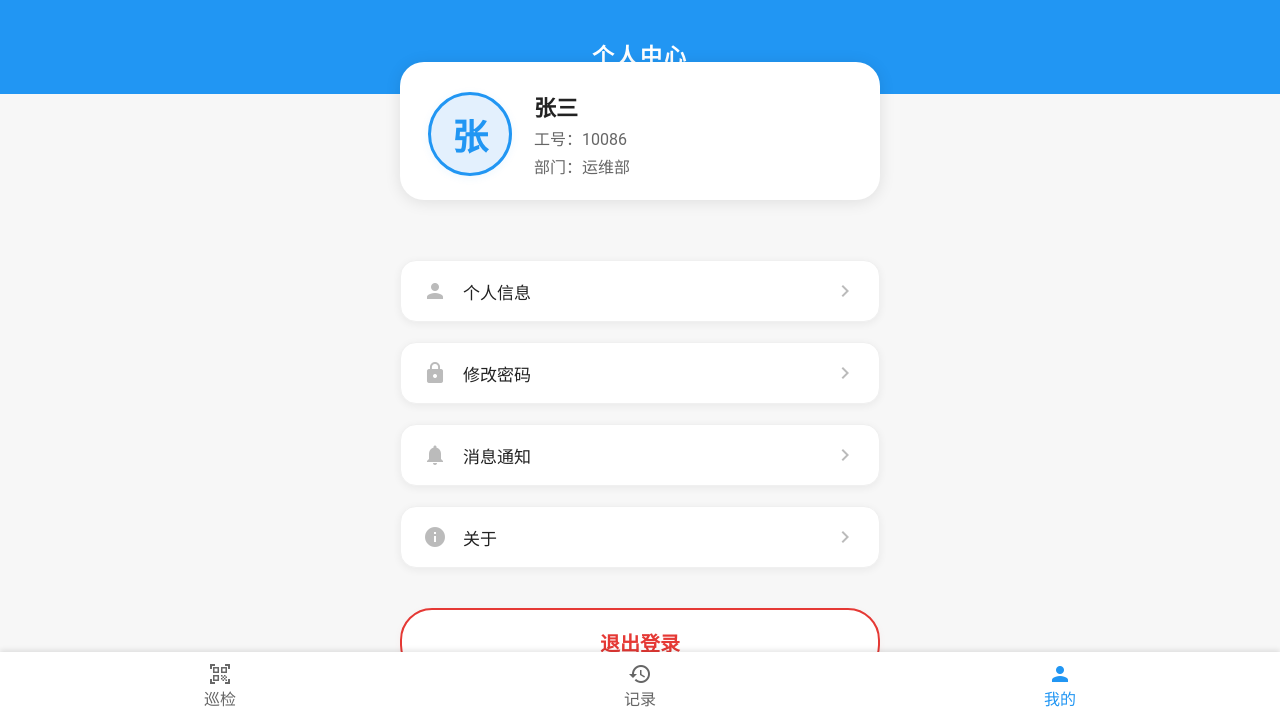
Repository: andyzheung/check-app
Page: UI原型/profile.html
An editor plug-in stored every save of this project. The page is shown before and after the next save, followed by the edit.
The browser window is 1280 px wide. The pictures show the whole page.

Above is the page before, as saved 2025-05-11 17:20:41.

### UI原型/profile.html
<!DOCTYPE html>
<html lang="zh-CN">
<head>
    <meta charset="UTF-8">
    <meta name="viewport" content="width=device-width, initial-scale=1.0">
    <title>个人中心 - 巡检管理系统</title>
    <link href="https://fonts.googleapis.com/icon?family=Material+Icons" rel="stylesheet">
    <link href="css/common.css" rel="stylesheet">
    <link href="css/profile.css" rel="stylesheet">
</head>
<body>
    <div class="profile-container">
        <div class="profile-topbar">个人中心</div>
        <div class="profile-card">
            <div class="profile-avatar">张</div>
            <div class="profile-info-block">
                <div class="profile-name">张三</div>
                <div class="profile-meta">工号：10086</div>
                <div class="profile-meta">部门：运维部</div>
            </div>
        </div>
        <div class="menu-list">
            <div class="menu-item">
                <span class="menu-icon" style="color:#4b3fae;"><span class="material-icons">person</span></span>
                <span class="menu-label">个人信息</span>
                <span class="material-icons">chevron_right</span>
            </div>
            <div class="menu-item">
                <span class="menu-icon" style="color:#ffb300;"><span class="material-icons">lock</span></span>
                <span class="menu-label">修改密码</span>
                <span class="material-icons">chevron_right</span>
            </div>
            <div class="menu-item">
                <span class="menu-icon" style="color:#ffb300;"><span class="material-icons">notifications</span></span>
                <span class="menu-label">消息通知</span>
                <span class="material-icons">chevron_right</span>
            </div>
            <div class="menu-item">
                <span class="menu-icon" style="color:#039be5;"><span class="material-icons">info</span></span>
                <span class="menu-label">关于</span>
                <span class="material-icons">chevron_right</span>
            </div>
        </div>
        <div class="logout-button highlight" onclick="window.location.href='login.html'">
            退出登录
        </div>
        <div style="height:32px;"></div>
        <!-- 底部导航 -->
        <div class="bottom-nav">
            <a href="scan.html" class="nav-item">
                <span class="material-icons">qr_code_scanner</span>
                <span>巡检</span>
            </a>
            <a href="records.html" class="nav-item">
                <span class="material-icons">history</span>
                <span>记录</span>
            </a>
            <a href="profile.html" class="nav-item active">
                <span class="material-icons">person</span>
                <span>我的</span>
            </a>
        </div>
    </div>
</body>
</html>

### UI原型/css/common.css
/* 公共样式 */
:root {
    --primary-color: #2196F3;
    --success-color: #4CAF50;
    --error-color: #F44336;
    --background-color: #F5F5F5;
    --text-color: #333333;
    --card-background: #FFFFFF;
}

* {
    margin: 0;
    padding: 0;
    box-sizing: border-box;
    font-family: 'Roboto', sans-serif;
}

body {
    background-color: var(--background-color);
    color: var(--text-color);
}

/* 底部导航样式 */
.bottom-nav {
    display: flex;
    justify-content: space-around;
    padding: 10px;
    background-color: white;
    box-shadow: 0 -2px 5px rgba(0,0,0,0.1);
    position: fixed;
    bottom: 0;
    left: 0;
    right: 0;
}

.nav-item {
    display: flex;
    flex-direction: column;
    align-items: center;
    color: #666;
    text-decoration: none;
}

.nav-item.active {
    color: var(--primary-color);
}

/* 返回按钮样式 */
.back-button {
    color: inherit;
    text-decoration: none;
    display: flex;
    align-items: center;
}

/* 卡片样式 */
.card {
    background-color: var(--card-background);
    border-radius: 8px;
    padding: 15px;
    margin-bottom: 15px;
    box-shadow: 0 2px 4px rgba(0,0,0,0.1);
}

/* 按钮样式 */
.button {
    padding: 12px 20px;
    border: none;
    border-radius: 4px;
    font-size: 16px;
    cursor: pointer;
    background-color: var(--primary-color);
    color: white;
    width: 100%;
}

/* 输入框样式 */
.input-field {
    width: 100%;
    padding: 12px;
    border: 1px solid #ddd;
    border-radius: 4px;
    font-size: 16px;
    margin-bottom: 15px;
}

/* 状态标签样式 */
.status-normal {
    background-color: var(--success-color);
    color: white;
    padding: 4px 8px;
    border-radius: 4px;
    font-size: 14px;
}

.status-abnormal {
    background-color: var(--error-color);
    color: white;
    padding: 4px 8px;
    border-radius: 4px;
    font-size: 14px;
}

### UI原型/css/profile.css
/* 个人中心页面样式 */
.profile-container {
    min-height: 100vh;
    background: #f7f7f7;
    display: flex;
    flex-direction: column;
    align-items: center;
}

.profile-topbar {
    width: 100vw;
    background: var(--primary-color, #2196F3);
    color: #fff;
    font-size: 22px;
    font-weight: 700;
    text-align: center;
    padding: 38px 0 24px 0;
    letter-spacing: 2px;
    box-sizing: border-box;
    position: relative;
    z-index: 1;
}

.profile-card {
    width: 95vw;
    max-width: 480px;
    background: #fff;
    border-radius: 24px;
    box-shadow: 0 2px 16px rgba(0,0,0,0.10);
    margin: 0 auto 28px auto;
    display: flex;
    align-items: center;
    padding: 28px 28px 22px 28px;
    gap: 22px;
    position: relative;
    z-index: 2;
    top: -32px;
}

.profile-avatar {
    width: 84px;
    height: 84px;
    background: #e3f0fd;
    border: 3px solid #2196F3;
    border-radius: 50%;
    color: #2196F3;
    font-size: 36px;
    font-weight: 700;
    display: flex;
    align-items: center;
    justify-content: center;
    box-shadow: 0 2px 8px rgba(33,150,243,0.08);
}

.profile-info-block {
    display: flex;
    flex-direction: column;
    justify-content: center;
    gap: 2px;
}

.profile-name {
    font-size: 22px;
    font-weight: 700;
    color: #222;
}

.profile-meta {
    font-size: 16px;
    color: #666;
    margin-top: 2px;
}

.menu-list {
    width: 95vw;
    max-width: 480px;
    margin: 0 auto 0 auto;
    display: flex;
    flex-direction: column;
    gap: 20px;
}

.menu-item {
    background: #fff;
    border-radius: 16px;
    box-shadow: 0 2px 8px rgba(0,0,0,0.06);
    display: flex;
    align-items: center;
    padding: 0 22px 0 22px;
    height: 62px;
    font-size: 17px;
    font-weight: 500;
    color: #222;
    cursor: pointer;
    transition: box-shadow 0.2s;
    border: 1.5px solid #f0f0f0;
}

.menu-item:hover {
    box-shadow: 0 4px 16px rgba(33,150,243,0.10);
}

.menu-icon {
    margin-right: 16px;
    display: flex;
    align-items: center;
    font-size: 24px;
}

.menu-label {
    flex: 1;
    font-size: 17px;
    color: #222;
}

.menu-item .material-icons {
    font-size: 24px;
    color: #bbb;
}

.logout-button {
    width: 95vw;
    max-width: 480px;
    margin: 40px auto 0 auto;
    padding: 18px 0;
    background: #fff;
    color: #e53935;
    border: 2.5px solid #e53935;
    border-radius: 32px;
    font-size: 20px;
    font-weight: 700;
    text-align: center;
    cursor: pointer;
    transition: background 0.2s, color 0.2s;
    box-shadow: 0 2px 8px rgba(229,57,53,0.04);
}

.logout-button:hover {
    background: #e53935;
    color: #fff;
}

/* 底部导航栏复用common.css样式 */

After the next save:
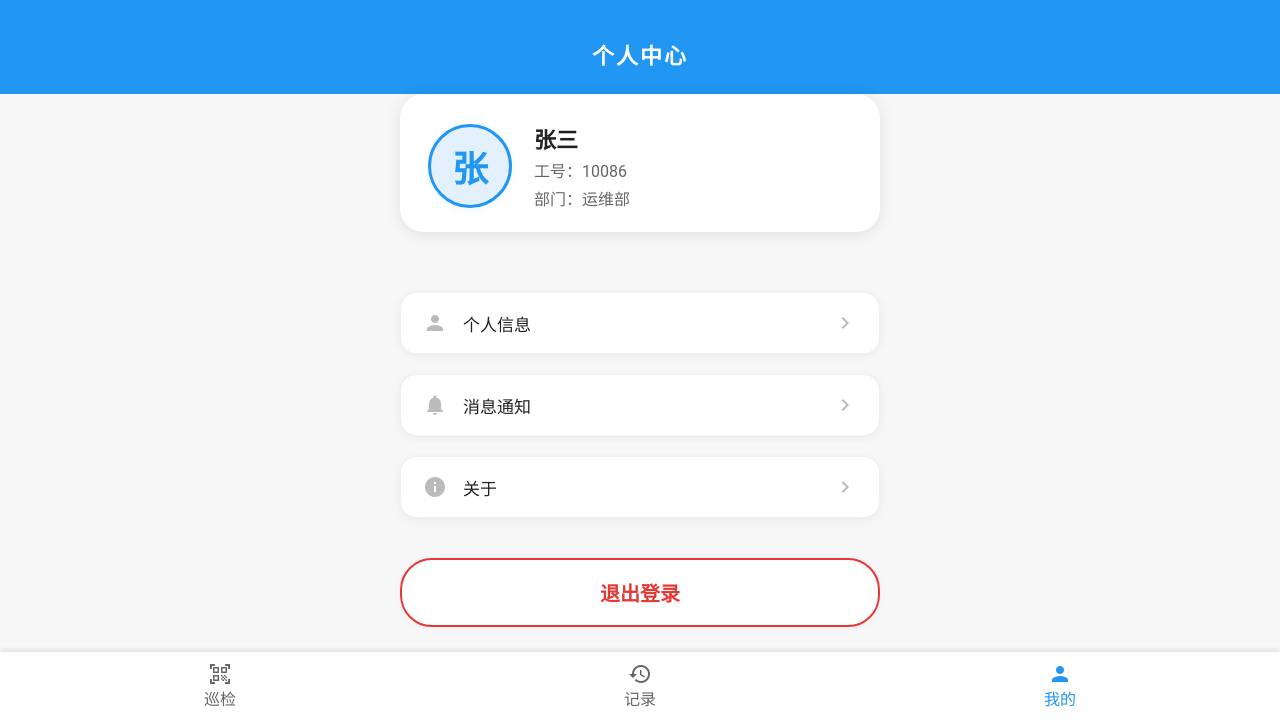
Saved 2 min 1 s later.
--- a/UI原型/profile.html
+++ b/UI原型/profile.html
@@ -11,6 +11,7 @@
 <body>
     <div class="profile-container">
         <div class="profile-topbar">个人中心</div>
+        <div style="height: 32px;"></div> <!-- 顶部留白，彻底避免重叠 -->
         <div class="profile-card">
             <div class="profile-avatar">张</div>
             <div class="profile-info-block">
@@ -21,22 +22,17 @@
         </div>
         <div class="menu-list">
             <div class="menu-item">
-                <span class="menu-icon" style="color:#4b3fae;"><span class="material-icons">person</span></span>
+                <span class="menu-icon"><span class="material-icons">person</span></span>
                 <span class="menu-label">个人信息</span>
                 <span class="material-icons">chevron_right</span>
             </div>
             <div class="menu-item">
-                <span class="menu-icon" style="color:#ffb300;"><span class="material-icons">lock</span></span>
-                <span class="menu-label">修改密码</span>
-                <span class="material-icons">chevron_right</span>
-            </div>
-            <div class="menu-item">
-                <span class="menu-icon" style="color:#ffb300;"><span class="material-icons">notifications</span></span>
+                <span class="menu-icon"><span class="material-icons">notifications</span></span>
                 <span class="menu-label">消息通知</span>
                 <span class="material-icons">chevron_right</span>
             </div>
             <div class="menu-item">
-                <span class="menu-icon" style="color:#039be5;"><span class="material-icons">info</span></span>
+                <span class="menu-icon"><span class="material-icons">info</span></span>
                 <span class="menu-label">关于</span>
                 <span class="material-icons">chevron_right</span>
             </div>
